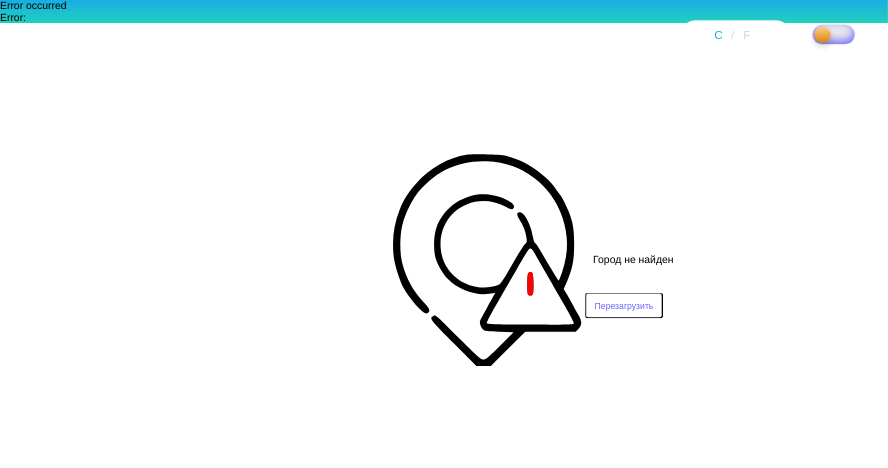
Repository: nikiforovki/WeatherApp
Page: /
An editor plug-in stored every save of this project. The page is shown before and after the next save, followed by the edit.
The browser window is 1280 px wide. The page is 1366 px wide, so the pictures cover 1366 px, including what lies to the right of the window. The pictures show the whole page, at 65% of full size.
The page's requests for data from a server got no answer. The project was rebuilt for these pictures with package versions that can differ from the ones it lists, and the page was loaded fresh each time. No one was signed in, and anything a server would have sent is missing. Also part of the build but not shown: webpack.config.ts, public/assets/images/FeatherSunrise.tsx.

Above is the page before, as saved 2024-06-30 05:39:06.

### public/index.html
<!DOCTYPE html>
<html lang="en">
<head>
    <meta charset="UTF-8" />
    <meta name="viewport" content="width=device-width, initial-scale=1.0" />
    <meta http-equiv="X-UA-Compatible" content="ie=edge" />
    <title>React App</title>
</head>
<body>
<div id="root"></div>
</body>
</html>

### src/index.tsx
import React from 'react';
import { createRoot } from 'react-dom/client';
import App from './App';
import { createGlobalStyle } from 'styled-components';
import { Provider } from 'react-redux';
import store from './Redux/store/store';

export const GlobalStyles = createGlobalStyle`
    *, *::after, *::before {
        margin: 0;
        padding: 0;
        box-sizing: border-box;
    }
`;

const container = document.getElementById('root');

if (!container) {
  throw new Error('Failed to find the root element');
}

const root = createRoot(container);

root.render(
  <React.StrictMode>
    <Provider store={store}>
      <GlobalStyles />
      <App />
    </Provider>
  </React.StrictMode>,
);

### src/App.tsx
import React, { useState, useEffect } from 'react';
import styled from 'styled-components';
import { WeatherSummary } from './components/WeatherSummary/WeatherSummary';
import { WeatherForecastDetails } from './components/WeatherForecastDetails/WeatherForecastDetails';
import GlobalStyles from '../GlobalStyles';
import 'react-loading-skeleton/dist/skeleton.css';
import WeatherSkeleton from './components/Selecton/WeatherSkeleton';
import { InputSearch } from './components/InputSearch/InputSearch';

const AppWrapper = styled.div`
  width: 1366px;
  height: auto;
  max-width: 1366px;
  background: ${({ theme }) =>
    `linear-gradient(180deg, var(--${theme === 'light' ? 'primary-color' : 'secondary-color'}) 0%, var(--${theme === 'light' ? 'secondary-color' : 'primary-color'}) 100%) 0% 0% no-repeat padding-box`};
  background-size: cover;
  display: flex;
  flex-direction: column;
  font-family: 'Helvetica Neue', sans-serif;
  overflow-y: auto; /* Включить вертикальную прокрутку для всего приложения */
`;

const App = () => {
  const [apiError, setApiError] = useState(null);
  const [hasError, setHasError] = useState(false);
  const [isLoading, setIsLoading] = useState(true);
  const [theme, setTheme] = useState('light');

  const handleApiError = (error) => {
    setApiError(error.message);
    setIsLoading(false);
  };

  const fetchData = async () => {
    try {
      await new Promise((resolve) => setTimeout(resolve, 1000));
      setIsLoading(false);
    } catch (error) {
      handleApiError(error);
    }
  };

  const handleCityChange = (newCity) => {};

  useEffect(() => {
    console.log('isLoading changed:', isLoading);
  }, [isLoading]);

  useEffect(() => {
    const timer = setTimeout(() => {
      fetchData();
    }, 1000);

    return () => clearTimeout(timer);
  }, []);

  useEffect(() => {
    const savedTheme = localStorage.getItem('theme');
    if (savedTheme) {
      setTheme(savedTheme);
    }
  }, []);

  return (
    <>
      <GlobalStyles />
      <AppWrapper>
        <InputSearch onCityChange={handleCityChange} />
        <WeatherSummary />
        {isLoading ? <WeatherSkeleton count={1} /> : <WeatherForecastDetails />}
      </AppWrapper>
    </>
  );
};

export default App;

// import React, { useState, useEffect } from 'react';
// import styled from 'styled-components';
// import { WeatherSummary } from './components/WeatherSummary/WeatherSummary';
// import { WeatherForecastDetails } from './components/WeatherForecastDetails/WeatherForecastDetails';
// import GlobalStyles from '../GlobalStyles';
// import 'react-loading-skeleton/dist/skeleton.css';
// import WeatherSkeleton from './components/Selecton/WeatherSkeleton';
// import { InputSearch } from './components/InputSearch/InputSearch';

// const AppWrapper = styled.div`
//   width: 1366px;

//   height: 100vh;
//   max-width: 1366px;
//   background: ${({ theme }) =>
//     `linear-gradient(180deg, var(--${theme === 'light' ? 'primary-color' : 'secondary-color'}) 0%, var(--${theme === 'light' ? 'secondary-color' : 'primary-color'}) 100%) 0% 0% no-repeat padding-box`};
//   background-size: cover;
//   display: flex;
//   flex-direction: column;
//   font-family: 'Helvetica Neue', sans-serif;
// `;

// const App = () => {
//   const [apiError, setApiError] = useState(null);
//   const [hasError, setHasError] = useState(false);
//   const [isLoading, setIsLoading] = useState(true);
//   const [theme, setTheme] = useState('light');

//   const handleApiError = (error) => {
//     setApiError(error.message);
//     setIsLoading(false);
//   };

//   const fetchData = async () => {
//     try {
//       await new Promise((resolve) => setTimeout(resolve, 1000));
//       setIsLoading(false);
//     } catch (error) {
//       handleApiError(error);
//     }
//   };

//   const handleCityChange = (newCity: string) => {};

//   useEffect(() => {
//     console.log('isLoading changed:', isLoading);
//   }, [isLoading]);

//   useEffect(() => {
//     const timer = setTimeout(() => {
//       fetchData();
//     }, 1000);

//     return () => clearTimeout(timer);
//   }, []);

//   useEffect(() => {
//     const savedTheme = localStorage.getItem('theme');
//     if (savedTheme) {
//       setTheme(savedTheme);
//     }
//   }, []);

//   return (
//     <>
//       <GlobalStyles />
//       <AppWrapper>
//         <InputSearch onCityChange={handleCityChange} />
//         <WeatherSummary />

//         {isLoading ? <WeatherSkeleton count={1} /> : <WeatherForecastDetails />}
//       </AppWrapper>
//     </>
//   );
// };

// export default App;

### src/Redux/store/store.ts
import { configureStore } from '@reduxjs/toolkit';
import createSagaMiddleware from 'redux-saga';
import rootReducer from '../slice/currentweatherSlice';
import rootSaga from '../sagas/index';

const sagaMiddleware = createSagaMiddleware();

const store = configureStore({
  reducer: rootReducer,
  middleware: (getDefaultMiddleware) =>
    getDefaultMiddleware({ thunk: false }).concat(sagaMiddleware),
});

sagaMiddleware.run(rootSaga);

export type RootState = ReturnType<typeof store.getState>;
export type AppDispatch = typeof store.dispatch;

export default store;

### src/components/WeatherSummary/WeatherSummary.tsx
import React from 'react';
import styled from 'styled-components';
import TodayWeatherContainer from '../TodayWeatherContainer/TodayWeatherContainer';
import HourlyWeatherForecast from '../HourlyWeatherForecast/HourlyWeatherForecast';
import ToggleTheme from '../ToggleTheme/ToggleTheme';

const WeatherSummaryConteiner = styled.div`
  display: flex;
  justify-content: space-between;
  align-items: center;
`;

export const WeatherSummary = () => {
  return (
    <WeatherSummaryConteiner>
      <ToggleTheme />
      <TodayWeatherContainer />
      <HourlyWeatherForecast />
    </WeatherSummaryConteiner>
  );
};

### GlobalStyles.tsx
import { createGlobalStyle } from 'styled-components';

const GlobalStyles = createGlobalStyle`
  @font-face {
    font-family: 'Helvetica Neue';
    src: url('/HelveticaNeue-Medium.ttf') format('truetype');
    font-weight: 500;
    font-style: normal;
  }



  [data-theme='dark'] {



    --primary-color: #1aade3;
    --secondary-color: #20d1bc;

    --weatherCardBackground: rgb(80, 80, 80);


    --weatherCardline: #ffffff99;

    --description-text-color: #ffffff99;
    --value-text-color: #ffffff99;


    //Блок с почасовым прогнозом


    --box-text-color: #FFFFFF99;
    --temperature-text-color: #FFFFFF99;

    //Блок Now
    --temperature-now-text-color: #FFFFFF99;
    --now-text-color: #FFFFFF99;

    //Input
    --input-text-color: #FFFFFF99;







   //  --primary-color: #1aade3;
   //  --secondary-color: #20d1bc;

   //Блок Today
   --temperature-today-text-color: #FFFFFF99;

   --dataToday-text-color: #FFFFFF99;

   --today-text-color: #FFFFFF99;

   --text-color-city: #FFFFFF99;


  }

  [data-theme='light'] {



   --primary-color: #20d1bc;
   --secondary-color: #1aade3;

   --weatherCardBackground: rgb(255, 255, 255);

   --weatherCardline: #FFFFFF;

   --description-text-color: #072A41;

   --value-text-color: #072A41;


   //Блок с почасовым прогнозом
   --box-text-color: #FFFFFF;
   --temperature-text-color: #FFFFFF;


   //Блок Today

   --temperature-today-text-color: #FFFFFF;
   --dataToday-text-color: #FFFFFF;
   --today-text-color: #FFFFFF;

   --text-color-city: #FFFFFF;


   //Блок Now
   --temperature-now-text-color: #FFFFFF;
   --now-text-color: #FFFFFF;



   // --primary-color: #20d1bc;
   // --secondary-color: #1aade3;

    //Input
    --input-text-color: #FFFFFF;
  }

 .App {
    display: flex;
    justify-content: center;
    align-items: center;
    height: 100vh;
    width: 100vw;
   //  background-color: linear-gradient(180deg, var(--primary-color) 0%, var(--secondary-color) 100%);
  }

  html,
  body {
    margin: 0;
    padding: 0;

  }
`;

export default GlobalStyles;

### src/components/Selecton/WeatherSkeleton.tsx
import React from 'react';
import Skeleton, { SkeletonTheme } from 'react-loading-skeleton';
import 'react-loading-skeleton/dist/skeleton.css';
import styled from 'styled-components';

const StyledSkeletonToday = styled.div`
  position: fixed;
  top: 150px;
  left: 110px;
`;

const StyledSkeletonWeather = styled.div`
  position: fixed;
  display: flex;
  flex-wrap: wrap;
  top: 613px;
  left: 71px;
  gap: 24px;
  max-width: 1280px;
  overflow: hidden;

  & > *:not(:last-child) {
    margin-right: 10px;
  }

  @media (max-width: 375px) {
    max-width: 300px;
    left: 30px;
    top: 500px;
  }

  @media (max-width: 1024px) {
    width: 660px;
    left: 70px;
    top: 900px;
  }
`;

const InputSkeletonContainer = styled.div`
  position: fixed;
  top: 30px;
  left: 71px;
  z-index: 90;
  display: flex;
  align-items: center;

  @media (max-width: 375px) {
    width: 100px;
  }

  @media (max-width: 1024px) {
    width: 200px;
  }
`;
const AdaptiveSkeleton = styled(Skeleton)`
  width: 100%;
  height: 38px;

  @media (max-width: 375px) {
    height: 38px;
  }

  @media (max-width: 1024px) {
    height: 38px;
  }
`;

const StyledBtn = styled.div`
  position: fixed;
  top: 30px;
  left: 1050px;
`;

const StyledToggleTheme = styled.div`
  position: fixed;
  top: 35px;
  left: 1250px;
`;

const WeatherSkeleton = () => {
  return (
    <SkeletonTheme baseColor='#FFFFFF' highlightColor='#1AADE3'>
      <div>
        <StyledSkeletonToday>
          <Skeleton height={300} width={250} borderRadius={20} />
        </StyledSkeletonToday>
        <StyledSkeletonWeather>
          <Skeleton height={146} width={288} />
          <Skeleton height={146} width={288} />
          <Skeleton height={146} width={288} />
          <Skeleton height={146} width={288} />
          <Skeleton height={146} width={288} />
          <Skeleton height={146} width={288} />
          <Skeleton height={146} width={288} />
          <Skeleton height={146} width={288} />
        </StyledSkeletonWeather>
        <InputSkeletonContainer>
          <Skeleton height={38} width={950} />
          <AdaptiveSkeleton />
        </InputSkeletonContainer>
        <StyledBtn>
          <Skeleton height={38} width={163} borderRadius={29} />
        </StyledBtn>
        <StyledToggleTheme>
          <Skeleton height={30} width={65} borderRadius={29} />
        </StyledToggleTheme>
      </div>
    </SkeletonTheme>
  );
};

export default WeatherSkeleton;

### src/components/ToggleTheme/ToggleTheme.tsx
import React, { useEffect, useState } from 'react';
import styled from 'styled-components';
import { THEME_LOCAL_STORAGE_KEY } from './constants';

enum Theme {
  LIGHT = 'light',
  DARK = 'dark',
}

const DarkModeContainer = styled.div`
  position: fixed;
  top: 38px;
  margin-left: 1250px;
`;

const DarkModeLabel = styled.label`
  width: 65px;
  height: 30px;
  top: 38px;
  position: fixed;
  display: block;
  background: #ebebeb;
  border-radius: 200px;
  box-shadow:
    inset 0px 5px 15px rgba(110, 108, 108, 0),
    inset 0px -5px 15px rgb(108, 99, 255);
  cursor: pointer;
  transition: background 0.6s ease-in-out;

  &:after {
    content: '';
    width: 25px;
    height: 25px;
    position: absolute;
    top: 3px;
    left: 3px;
    background: linear-gradient(180deg, #ffcc89, #d8860b);
    border-radius: 180px;
    box-shadow: 0px 5px 10px rgba(0, 0, 0, 0.2);
    transition:
      left 0.6s ease-in-out,
      background 0.6s ease-in-out;
  }

  &:active:after {
    width: 30px;
  }
  @media (max-width: 375px) {
    left: 500px;
  }

  @media (max-width: 1024px) {
    left: 650px;
  }
`;

const DarkModeInput = styled.input.attrs({ type: 'checkbox' })`
  width: 0;
  height: 0;
  visibility: hidden;

  &:checked + ${DarkModeLabel} {
    background: #242424;
  }

  &:checked + ${DarkModeLabel}:after {
    left: calc(100% - 28px);
    background: linear-gradient(180deg, #777, #3a3a3a);
  }
`;

const ToggleTheme: React.FC = () => {
  const [isDarkTheme, setIsDarkTheme] = useState(false);

  useEffect(() => {
    const savedTheme = localStorage.getItem('theme');
    if (savedTheme) {
      setIsDarkTheme(savedTheme === 'dark');
    } else {
      const prefersDark = window.matchMedia(
        '(prefers-color-scheme: dark)',
      ).matches;
      setIsDarkTheme(prefersDark);
    }
  }, []);

  useEffect(() => {
    const themeKey = isDarkTheme ? 'dark' : 'light';
    localStorage.setItem('theme', themeKey);
    document.documentElement.dataset.theme = themeKey;
    console.log(`Setting theme to: ${themeKey}`);
  }, [isDarkTheme]);

  useEffect(() => {
    const themeListener = (e: MediaQueryListEvent) => {
      const prefersDark = e.matches;
      console.log(
        `Current theme after system change: ${prefersDark ? 'dark' : 'light'}`,
      );
      setIsDarkTheme(prefersDark);
    };

    const mediaQuery = window.matchMedia('(prefers-color-scheme: dark)');
    mediaQuery.addEventListener('change', themeListener);

    return () => {
      mediaQuery.removeEventListener('change', themeListener);
    };
  }, []);

  const handleToggleTheme = () => {
    setIsDarkTheme(!isDarkTheme);
    console.log(`Toggled theme: ${isDarkTheme ? 'dark' : 'light'}`);
  };

  return (
    <DarkModeContainer>
      <DarkModeInput
        id='darkmode-toggle'
        type='checkbox'
        onChange={handleToggleTheme}
        checked={isDarkTheme}
      />
      <DarkModeLabel htmlFor='darkmode-toggle' />
    </DarkModeContainer>
  );
};

export default ToggleTheme;

### src/components/ToggleTemperatureScale/ToggleTemperatureScale.tsx
import React, { useState } from 'react';
import styled from 'styled-components';
import { useDispatch, useSelector } from 'react-redux';
import { toggleTemperatureScale } from '../../Redux/actions/actions';

interface State {
  temperatureScale?: string;
}

const ToggleContainer = styled.div`
  position: fixed;
  display: flex;
  align-items: center;
  justify-content: center;
  width: 163px;
  height: 38px;
  top: 50px;
  left: 1132px;
  transform: translate(-50%, -50%);
  background: #ffffff;
  border-radius: 29px;
  padding: 5px;
  cursor: pointer;
  @media (max-width: 375px) {
    left: 300px;
  }

  @media (max-width: 1024px) {
    left: 550px;
  }
`;

const TemperatureToggleButton = styled.button<{ isActive?: boolean }>`
  position: relative;
  font-size: 18px;
  width: 12px;
  height: 22px;
  border: none;
  border-radius: 29px;
  cursor: pointer;
  transition: color 0.3s ease;
  background: none;
  color: ${(props) => (props.isActive ? '#1AAFE0' : '#13264A33')};
  margin-right: 10px;
  top: 4px;
`;

export const TemperatureScaleToggle = () => {
  const dispatch = useDispatch();
  const temperatureScale = useSelector(
    (state: State) => state.temperatureScale,
  );
  const [isCelsius, setIsCelsius] = useState(temperatureScale === 'C');

  if (!temperatureScale) {
    return <p>Загрузка...</p>;
  }

  const handleClick = () => {
    const newScale = isCelsius ? 'F' : 'C';
    setIsCelsius(!isCelsius);
    const scaleNumber = newScale === 'C' ? 0 : 1;
    dispatch(toggleTemperatureScale(scaleNumber));
  };

  return (
    <ToggleContainer onClick={handleClick}>
      <TemperatureToggleButton isActive={isCelsius}>С</TemperatureToggleButton>
      <TemperatureToggleButton>/</TemperatureToggleButton>
      <TemperatureToggleButton isActive={!isCelsius}>F</TemperatureToggleButton>
    </ToggleContainer>
  );
};

### public/assets/images/IconSearch.tsx
import React from 'react';

const IconSearch = () => (
  <svg
    width='22'
    height='22'
    viewBox='0 0 38 38'
    fill='none'
    xmlns='http://www.w3.org/2000/svg'
  >
    <path
      d='M20.7773 20.184L15.9056 15.312H15.8531C17.3547 13.5415 18.1136 11.2588 17.9709 8.94156C17.8282 6.62433 16.7951 4.45202 15.0876 2.87905C13.3801 1.30608 11.1306 0.454303 8.80958 0.501892C6.48855 0.549481 4.27583 1.49275 2.63427 3.13439C0.992706 4.77602 0.0494786 6.98885 0.00189181 9.30999C-0.045695 11.6311 0.806045 13.8808 2.37894 15.5883C3.95184 17.2958 6.12404 18.329 8.44117 18.4717C10.7583 18.6144 13.0408 17.8555 14.8113 16.3539C14.8113 16.3539 14.8113 16.3914 14.8113 16.4063L19.6831 21.2783C19.7527 21.3485 19.8356 21.4043 19.927 21.4424C20.0183 21.4804 20.1163 21.5 20.2152 21.5C20.3141 21.5 20.4121 21.4804 20.5034 21.4424C20.5948 21.4043 20.6777 21.3485 20.7473 21.2783C20.8242 21.2103 20.8862 21.1272 20.9296 21.0342C20.9731 20.9412 20.9969 20.8402 20.9997 20.7376C21.0025 20.635 20.9842 20.533 20.946 20.4377C20.9077 20.3425 20.8503 20.2561 20.7773 20.184ZM9.00276 16.9685C7.5204 16.9685 6.07133 16.5289 4.83879 15.7053C3.60625 14.8817 2.64561 13.7111 2.07833 12.3415C1.51106 10.9719 1.36263 9.46488 1.65183 8.01094C1.94102 6.55699 2.65485 5.22146 3.70303 4.17322C4.75122 3.12499 6.08669 2.41113 7.54057 2.12192C8.99445 1.83272 10.5014 1.98115 11.871 2.54845C13.2405 3.11575 14.411 4.07644 15.2346 5.30904C16.0581 6.54163 16.4977 7.99077 16.4977 9.4732C16.4977 10.4575 16.3038 11.4322 15.9272 12.3415C15.5505 13.2509 14.9985 14.0772 14.3025 14.7732C13.6065 15.4692 12.7803 16.0213 11.871 16.3979C10.9616 16.7746 9.98701 16.9685 9.00276 16.9685Z'
      fill='#FFFFFF'
    />
  </svg>
);

export default IconSearch;

### src/Redux/actions/actions.ts
import { createAction } from '@reduxjs/toolkit';

export const fetchCurrentWeatherRequest = createAction<{ city: string }>(
  'FETCH_CURRENT_WEATHER_REQUEST',
);
export const fetchCurrentWeatherSuccess = createAction<any>(
  'FETCH_CURRENT_WEATHER_SUCCESS',
);
export const fetchCurrentWeatherFailure = createAction<{ message: string }>(
  'FETCH_CURRENT_WEATHER_FAILURE',
);

export const updateCity = createAction<string>('UPDATE_CITY');

export const updateCitiesList = createAction<string[]>('UPDATE_CITIES_LIST');

export const fetchCityListRequest = createAction('FETCH_CITY_LIST_REQUEST');
export const fetchCityListSuccess = createAction<any>(
  'FETCH_CITY_LIST_SUCCESS',
);
export const fetchCityListFailure = createAction<{ message: string }>(
  'FETCH_CITY_LIST_FAILURE',
);

export const putWeatherData = createAction<{
  currentTemp: number;
  windSpeed: number;
  weatherUnit?: 'metric' | 'imperial';
}>('PUT_WEATHER_DATA');

export const fetchWeatherDataByCityNameRequest = createAction<{
  cityName: string;
  weatherUnit: 'metric' | 'imperial';
}>('FETCH_WEATHER_DATA_BY_CITY_NAME_REQUEST');
export const fetchWeatherDataByCityNameSuccess = createAction<any>(
  'FETCH_WEATHER_DATA_BY_CITY_NAME_SUCCESS',
);
export const fetchWeatherDataByCityNameFailure = createAction<string>(
  'FETCH_CITY_DATA_BY_CITY_NAME_FAILURE',
);

export const workerGetWeatherDataBySearchRequest = createAction<{
  cityName: string;
  weatherUnit: 'metric' | 'imperial';
}>('WORKER_GET_WEATHER_DATA_BY_SEARCH_REQUEST');

export const toggleTemperatureScale = createAction<{ value: unknown }>(
  'TOGGLE_TEMPERATURE_SCALE',
);

### public/assets/images/IconError.tsx
import React from 'react';

const IconError = () => (
  <svg
    version='1.0'
    xmlns='http://www.w3.org/2000/svg'
    width='245.000000pt'
    height='245.000000pt'
    viewBox='0 0 245.000000 245.000000'
    preserveAspectRatio='xMidYMid meet'
  >
    <metadata>
      Created by potrace 1.16, written by Peter Selinger 2001-2019
    </metadata>
    <g
      transform='translate(0.000000,245.000000) scale(0.100000,-0.100000)'
      fill='#000000'
      stroke='none'
    >
      <path
        d='M990 2441 c-207 -30 -424 -152 -583 -330 -93 -104 -146 -188 -191
-303 -51 -133 -76 -259 -76 -393 0 -162 17 -244 94 -453 25 -67 117 -200 194
-280 68 -71 96 -84 120 -60 24 24 11 51 -57 122 -117 121 -196 263 -242 436
-33 121 -33 327 -1 454 27 106 94 254 156 340 79 111 218 231 336 291 153 78
311 110 492 102 397 -17 738 -272 862 -646 71 -214 71 -408 0 -622 -20 -60
-40 -109 -43 -109 -4 0 -40 57 -81 128 -155 266 -171 291 -188 304 -12 8 -22
36 -29 78 -23 134 -94 272 -145 278 -44 5 -46 -29 -5 -91 41 -63 65 -124 76
-197 8 -51 7 -56 -18 -80 -14 -14 -82 -123 -151 -242 -92 -161 -131 -220 -150
-227 -82 -33 -203 -40 -293 -16 -230 60 -379 250 -379 485 0 390 405 622 753
432 58 -31 69 -34 83 -22 78 64 -206 186 -384 165 -237 -27 -427 -176 -502
-393 -31 -89 -33 -268 -4 -352 25 -75 85 -176 137 -229 122 -126 320 -198 480
-173 35 5 65 9 66 8 2 -1 -36 -70 -83 -152 -46 -82 -87 -159 -91 -172 -6 -27
12 -74 39 -99 17 -15 44 -19 185 -23 l164 -5 -156 -157 c-125 -125 -163 -158
-184 -158 -42 0 -23 -17 -414 369 -140 138 -147 144 -171 133 -54 -24 -39 -44
237 -319 l263 -263 79 0 79 0 201 200 201 200 291 0 291 0 31 31 c44 43 43 95
-3 169 -19 30 -46 78 -59 105 -13 28 -43 81 -66 119 l-42 69 26 58 c74 165 95
267 95 459 0 160 -13 244 -53 351 -29 78 -91 202 -110 220 -7 8 -32 41 -55 75
-47 69 -116 135 -223 213 -92 67 -164 103 -282 142 -87 30 -101 31 -277 35
-102 1 -210 -1 -240 -5z m764 -1103 c14 -22 139 -239 373 -646 60 -104 102
-189 99 -197 -5 -13 -71 -15 -503 -13 -450 3 -498 5 -501 19 -2 9 54 115 124
235 69 121 169 293 222 384 129 224 140 240 157 240 8 0 21 -10 29 -22z'
        style={{ fill: 'black' }}
      />

      <path
        d='M1702 1078 c-8 -8 -12 -51 -12 -130 0 -100 2 -118 17 -127 11 -6 24
      -6 35 0 16 8 18 25 18 127 0 115 -7 142 -35 142 -6 0 -16 -5 -23 -12z'
      />
      <path
        d='M1702 1078 c-8 -8 -12 -51 -12 -130 0 -100 2 -118 17 -127 11 -6 24
-6 35 0 16 8 18 25 18 127 0 115 -7 142 -35 142 -6 0 -16 -5 -23 -12z'
        style={{ fill: 'red' }}
      />
    </g>
  </svg>
);

export default IconError;

Loaded but not shown: src/components/HourlyWeatherForecast/HourlyWeatherForecast.tsx (301 lines, source omitted); src/Redux/slice/currentweatherSlice.ts (270 lines, source omitted); src/components/WeatherForecastDetails/WeatherForecastDetails.tsx (252 lines, source omitted); src/components/TodayWeatherContainer/TodayWeatherContainer.tsx (266 lines, source omitted); src/components/InputSearch/InputSearch.tsx (249 lines, source omitted); src/Redux/sagas/index.ts (118 lines, source omitted)

After the next save:
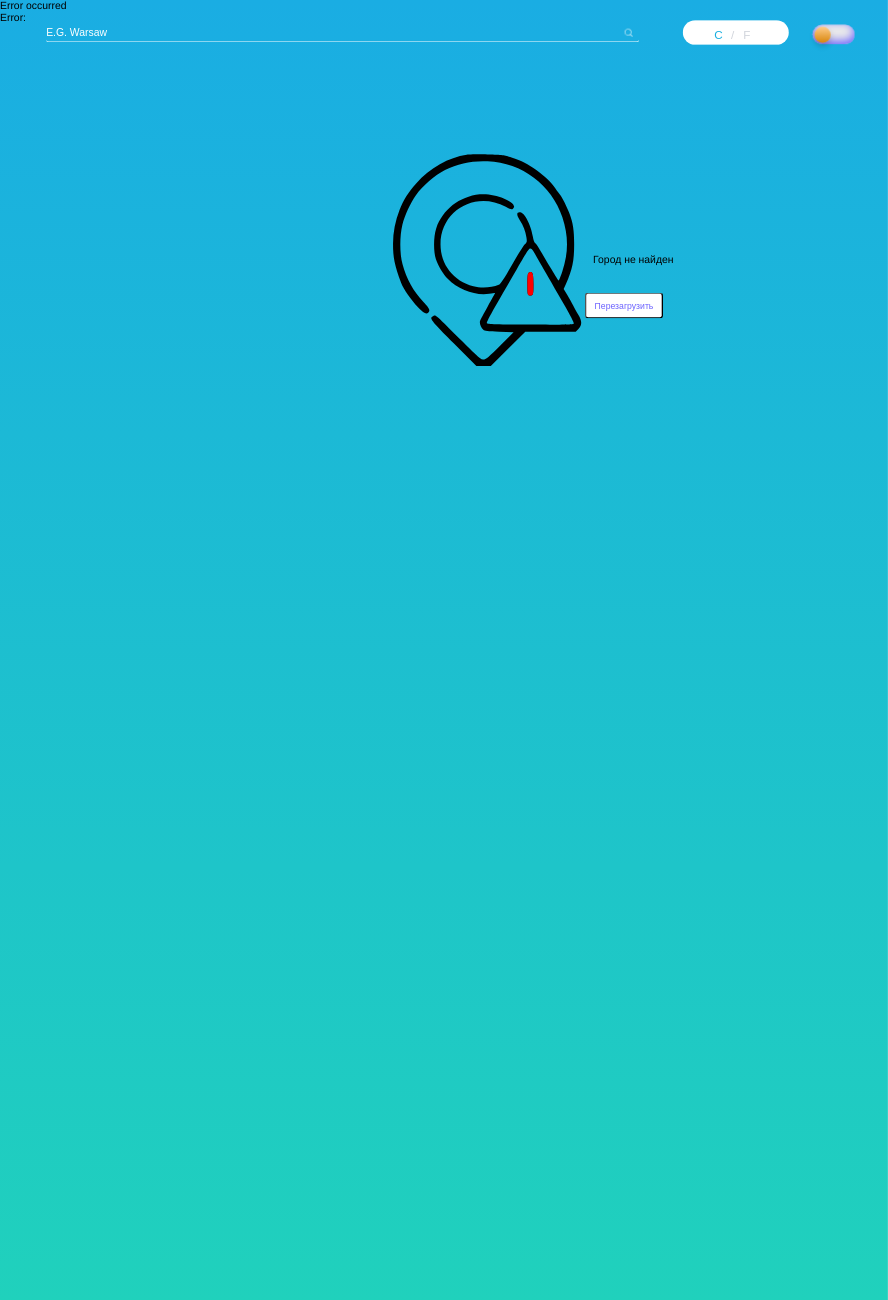
Saved 13 s later.
--- a/src/App.tsx
+++ b/src/App.tsx
@@ -9,7 +9,7 @@ import { InputSearch } from './components/InputSearch/InputSearch';
 
 const AppWrapper = styled.div`
   width: 1366px;
-  height: auto;
+  height: 2000px;
   max-width: 1366px;
   background: ${({ theme }) =>
     `linear-gradient(180deg, var(--${theme === 'light' ? 'primary-color' : 'secondary-color'}) 0%, var(--${theme === 'light' ? 'secondary-color' : 'primary-color'}) 100%) 0% 0% no-repeat padding-box`};
